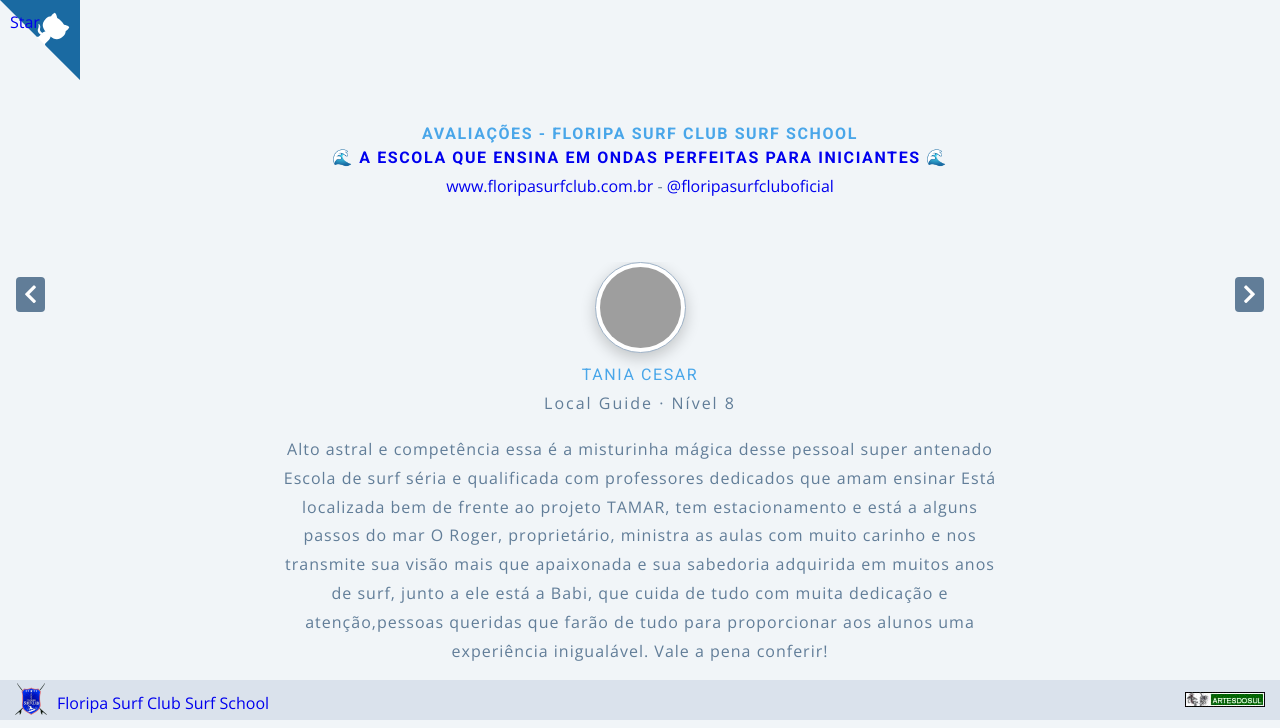
Repository: araguaci/floripasurfclub-reviews
Page: index.html
These files come from the project's save history. The page is drawn as it stood at one moment and after the next save; the edit follows.
The browser window is 1280 px wide. The pictures show the whole page.
Pictures or frames that could not be fetched are drawn as grey boxes. Some web libraries are served in a nearby version.

Above is the page before, as saved 2024-07-20 13:04:33.

### index.html
<!DOCTYPE html>
<html lang="en">
  <head>
    <meta charset="UTF-8" />
    <meta name="viewport" content="width=device-width, initial-scale=1.0" />
    <title>Avaliações - Floripa Surf Club Surf School</title>
    <meta name="viewport"
      content="Floripa Surf Club Surf School
      🌊 a escola que ensina a surfar na praia com ondas perfeitas para
      iniciantes 🌊
      🌊 Surf School and Trips 🏄‍♀️🏄
      🌊 Free Surf 🌎 Barra da Lagoa 🌊
      🌊 Em frente ao Projeto Tamar 🌊
      Santa Catarina - Brasil" />
    <meta name="description"
      content="Floripa Surf Club Surf School
      🌊 a escola que ensina a surfar na praia com ondas perfeitas para
      iniciantes 🌊
      🌊 Surf School and Trips 🏄‍♀️🏄
      🌊 Free Surf 🌎 Barra da Lagoa 🌊
      🌊 Em frente ao Projeto Tamar 🌊
      Santa Catarina - Brasil" />
    <link rel="shortcut icon" type="image/x-icon" href="./favicon.ico" />
    <!-- font-awesome -->
    <link
      rel="stylesheet"
      href="https://cdnjs.cloudflare.com/ajax/libs/font-awesome/5.14.0/css/all.min.css"
      />

    <!-- stylesheet -->
    <link rel="stylesheet" href="styles.css" />
  </head>
  <body>
    <!-- Place this tag where you want the button to render. -->
    <div class="github">
      <a class="github-button" href="https://github.com/araguaci/floripasurfclub-reviews" data-color-scheme="no-preference: light; light: light; dark: light;" data-icon="octicon-star" data-size="large" data-show-count="true" aria-label="Star araguaci/floripasurfclub-reviews on GitHub">Star</a>
    </div>
    <!-- Place this tag where you want the button to render. -->
    <a href="https://github.com/araguaci/floripasurfclub-reviews" target="_blank" class="github-corner" aria-label="View source on Github"><svg viewBox="0 0 250 250" aria-hidden="true"><path d="M0,0 L115,115 L130,115 L142,142 L250,250 L250,0 Z"></path><path d="M128.3,109.0 C113.8,99.7 119.0,89.6 119.0,89.6 C122.0,82.7 120.5,78.6 120.5,78.6 C119.2,72.0 123.4,76.3 123.4,76.3 C127.3,80.9 125.5,87.3 125.5,87.3 C122.9,97.6 130.6,101.9 134.4,103.2" fill="currentColor" style="transform-origin: 130px 106px;" class="octo-arm"></path><path d="M115.0,115.0 C114.9,115.1 118.7,116.5 119.8,115.4 L133.7,101.6 C136.9,99.2 139.9,98.4 142.2,98.6 C133.8,88.0 127.5,74.4 143.8,58.0 C148.5,53.4 154.0,51.2 159.7,51.0 C160.3,49.4 163.2,43.6 171.4,40.1 C171.4,40.1 176.1,42.5 178.8,56.2 C183.1,58.6 187.2,61.8 190.9,65.4 C194.5,69.0 197.7,73.2 200.1,77.6 C213.8,80.2 216.3,84.9 216.3,84.9 C212.7,93.1 206.9,96.0 205.4,96.6 C205.1,102.4 203.0,107.8 198.3,112.5 C181.9,128.9 168.3,122.5 157.7,114.1 C157.9,116.9 156.7,120.9 152.7,124.9 L141.0,136.5 C139.8,137.7 141.6,141.9 141.8,141.8 Z" fill="currentColor" class="octo-body"></path></svg></a>
    <section class="slider">
      <div class="reviews">
        <h4>Avaliações - Floripa Surf Club Surf School</h4>
        <h4><a href="http://floripasurfclub.com/">🌊 A escola que ensina
            em ondas perfeitas para iniciantes 🌊</a></h4>
        <p><a href="http://floripasurfclub.com/" title="Website Floripa
            Surf Club Surf School">www.floripasurfclub.com.br</a> - <a
            href="https://www.instagram.com/floripasurfcluboficial/"
            title="Instagram">@floripasurfcluboficial</a></p>
      </div>
      <div class="slide-container">
        <!-- <article class="slide">
          <img
            src="https://res.cloudinary.com/diqqf3eq2/image/upload/c_scale,w_200/v1595959121/person-1_aufeoq.jpg"
            class="img"
            alt="peter doe"
          />
          <h4>peter doe</h4>
          <p class="title">product designer</p>
          <p class="text">
            Lorem ipsum dolor sit amet consectetur adipisicing elit. Quidem quo
            eius recusandae officia voluptas sint deserunt dicta nihil nam
            omnis?
          </p>
          <div class="quote-icon">
            <i class="fas fa-quote-right"></i>
          </div>
        </article> -->
      </div>
      <!-- buttons -->
      <!-- prev btn -->
      <button class="btn prev-btn">
        <i class="fas fa-chevron-left"></i>
      </button>
      <!-- next button -->
      <button class="btn next-btn">
        <i class="fas fa-chevron-right"></i>
      </button>
    </section>
    <div class="footer">
      <span style="float: left; margin-left: 15px; margin-bottom: 23px;"><a
          href="http://www.floripasurfclub.com/" title="Floripa Surf Club
          Surf School – a escola que ensina a surfar na praia com ondas
          perfeitas para iniciantes"><img src="./floripasurfclub.png" width="32"
            height="32" alt="" style="vertical-align: bottom; margin-right:
            10px;" />Floripa Surf Club Surf School</a></span>
      <span style="float: right; ; margin-right: 15px; vertical-align: bottom;
        margin-bottom: 23px;"><a href="http://www.artesdosul.com" title="Design
          & Hosted by Artes so Sul" style="vertical-align: bottom;"><img
            src="./artesdosul.jpg" style="vertical-align: bottom;"></a></span>
    </div>
    <script type="module" src="app.js"></script>
  </body>
  <!-- Place this tag in your head or just before your close body tag. -->
  <script async defer src="https://buttons.github.io/buttons.js"></script>
</html>

### styles.css
/*
===============
Fonts
===============
*/
@import url("https://fonts.googleapis.com/css?family=Open+Sans|Roboto:400,700&display=swap");

/*
===============
Variables
===============
*/

:root {
  /* dark shades of primary color*/
  --clr-primary-1: hsl(205, 86%, 17%);
  --clr-primary-2: hsl(205, 77%, 27%);
  --clr-primary-3: hsl(205, 72%, 37%);
  --clr-primary-4: hsl(205, 63%, 48%);
  /* primary/main color */
  --clr-primary-5: hsl(205, 78%, 60%);
  /* lighter shades of primary color */
  --clr-primary-6: hsl(205, 89%, 70%);
  --clr-primary-7: hsl(205, 90%, 76%);
  --clr-primary-8: hsl(205, 86%, 81%);
  --clr-primary-9: hsl(205, 90%, 88%);
  --clr-primary-10: hsl(205, 100%, 96%);
  /* darkest grey - used for headings */
  --clr-grey-1: hsl(209, 61%, 16%);
  --clr-grey-2: hsl(211, 39%, 23%);
  --clr-grey-3: hsl(209, 34%, 30%);
  --clr-grey-4: hsl(209, 28%, 39%);
  /* grey used for paragraphs */
  --clr-grey-5: hsl(210, 22%, 49%);
  --clr-grey-6: hsl(209, 23%, 60%);
  --clr-grey-7: hsl(211, 27%, 70%);
  --clr-grey-8: hsl(210, 31%, 80%);
  --clr-grey-9: hsl(212, 33%, 89%);
  --clr-grey-10: hsl(210, 36%, 96%);
  --clr-white: #fff;
  --clr-red-dark: hsl(360, 67%, 44%);
  --clr-red-light: hsl(360, 71%, 66%);
  --clr-green-dark: hsl(125, 67%, 44%);
  --clr-green-light: hsl(125, 71%, 66%);
  --clr-black: #222;
  --ff-primary: "Roboto", sans-serif;
  --ff-secondary: "Open Sans", sans-serif;
  --transition: all 0.3s linear;
  --spacing: 0.1rem;
  --radius: 0.25rem;
  --light-shadow: 0 5px 15px rgba(0, 0, 0, 0.1);
  --dark-shadow: 0 5px 15px rgba(0, 0, 0, 0.2);
  --max-width: 1170px;
  --fixed-width: 620px;
}
/*
===============
Global Styles
===============
*/

*,
::after,
::before {
  margin: 0;
  padding: 0;
  box-sizing: border-box;
}
body {
  font-family: var(--ff-secondary);
  background: var(--clr-grey-10);
  color: var(--clr-grey-1);
  line-height: 1.5;
  font-size: 0.875rem;
}
ul {
  list-style-type: none;
}
a {
  text-decoration: none;
}
h1,
h2,
h3,
h4 {
  letter-spacing: var(--spacing);
  text-transform: capitalize;
  line-height: 1.25;
  margin-bottom: 0.75rem;
  font-family: var(--ff-primary);
}
h1 {
  font-size: 3rem;
}
h2 {
  font-size: 2rem;
}
h3 {
  font-size: 1.25rem;
}
h4 {
  font-size: 1rem;
  font-weight: bold;
}
p {
  margin-bottom: 1.25rem;
  color: var(--clr-grey-5);
}
@media screen and (min-width: 800px) {
  h1 {
    font-size: 4rem;
  }
  h2 {
    font-size: 2.5rem;
  }
  h3 {
    font-size: 1.75rem;
  }
  h4 {
    font-size: 1rem;
    font-weight: bold;
  }
  body {
    font-size: 1rem;
  }
  h1,
  h2,
  h3,
  h4 {
    line-height: 1;
  }
}

.section-center {
  width: 90vw;
  margin: 0 auto;
  max-width: 1170px;
}
@media screen and (min-width: 992px) {
  .section-center {
    width: 95vw;
  }
}
main {
  min-height: 98vh;
  display: grid;
  place-items: center;
}

/*
===============
Slider Styles
===============
*/
section {
  width: 85vw;
  margin: 0 auto;
  margin-top: 1.0rem;
  text-align: center;
  padding: 1rem 0;
  /* set relative for buttons */
  position: relative;
}
.reviews {
  margin-bottom: 4rem;
}
.reviews h2, .reviews h4 {
  display: flex;
  align-items: center;
  justify-content: center;
}
.reviews h4 {
  font-weight: bold;
}
.reviews span {
  font-size: 0.85em;
  color: var(--clr-primary-5);
  margin-right: 1rem;
}
.img {
  width: 91px;
  height: 91px;
  object-fit: cover;
  border: 1px solid var(--clr-grey-7);
  background: var(--clr-white);
  padding: 0.25rem;
  border-radius: 50%;
  box-shadow: var(--dark-shadow);
}
h4 {
  text-transform: uppercase;
  font-weight: 500;
  color: var(--clr-primary-5);
  letter-spacing: var(--spacing);
  margin: 0.5rem 0;
}
.title {
  margin-bottom: 1.25rem;
  letter-spacing: 2px;
  text-transform: capitalize;
}
.text {
  color: var(--clr-grey-5);
  line-height: 1.8;
  max-width: 45em;
  margin: 0 auto;
  letter-spacing: 1px;
}

.icon:hover {
  transform: scale(1.1);
  opacity: 0.8;
}
.quote-icon {
  font-size: 3rem;
  margin-top: 2rem;
  color: var(--clr-primary-5);
}
/* set buttons */
.btn {
  position: absolute;
  top: 175px;
  background: var(--clr-grey-5);
  color: var(--clr-white);
  padding: 0.25rem 0.35rem;
  border-radius: 0.25rem;
  border: transparent;
  cursor: pointer;
}
.next-btn {
  right: -0.5rem;
}
.prev-btn {
  left: -0.5rem;
}
@media screen and (min-width: 768px) {
  .next-btn {
    right: -5rem;
  }
  .prev-btn {
    left: -5rem;
  }
  .btn {
    font-size: 1.3rem;
    padding: 0.35rem 0.5rem;
  }
  .quote-icon {
    font-size: 4rem;
  }
}

/* MORE CSS FOR JS */

.slide-container {
  display: flex;
  position: relative;
  height: 450px;
  overflow: hidden;
}

.slide {
  position: absolute;
  top: 0;
  left: 0;
  width: 100%;
  height: 90%;
  transition: all 0.3s ease-in-out;
  opacity: 0;
}
.slide.active {
  opacity: 1;
  transform: translateX(0);
}
.slide.next {
  transform: translateX(100%);
}
.slide.last {
  transform: translateX(-100%);
}
.footer {
  position: fixed;
  bottom: 0;
  height: 40px;
  padding: 3px 0px;
  width: 100%;
  background-color: hsl(212, 33%, 89%);
}
.github {
  position: fixed;
  top: 10px;
  left: 10px;
}

.github-corner svg {
  color: #fff;
  fill: var(--accent);
  height: 70px;
  width: 70px;
}

.github-corner svg {
  color: #fff;
  fill: hsl(205, 72%, 37%);
  fill: var(--theme-color, hsl(205, 72%, 37%););
  height: 80px;
  width: 80px;
}

### app.js
import data from "./data.js";
const container = document.querySelector(".slide-container");
const nextBtn = document.querySelector(".next-btn");
const prevBtn = document.querySelector(".prev-btn");
// if length is 1 hide buttons
if (data.length === 1) {
  nextBtn.style.display = "none";
  prevBtn.style.display = "none";
}
// if length is 2, add copies of slides
let people = [...data];
if (data.length === 2) {
  people = [...data, ...data];
}
container.innerHTML = people
  .map((person, slideIndex) => {
    const { img, name, job, text } = person;
    let position = "next";
    if (slideIndex === 0) {
      position = "active";
    }
    if (slideIndex === people.length - 1) {
      position = "last";
    }
    if (data.length <= 1) {
      position = "active";
    }
    return `<article class="slide ${position}">
  <img src=${img} class="img" alt="${name}"/>
  <h4>${name}</h4>
  <p class="title">${job}</p>
  <p class="text">
   ${text}
  </p>
  <br/><p>Fonte: <a href="https://www.google.com/maps/place/Floripa+Surf+Club+Surf+School/@-27.5722772,-48.4276483,3a,75y/data=!3m7!1e2!3m5!1sAF1QipNeZv-e5wVZk1upf5xb2Mxlu2Z3TG-rbVS8ihxQ!2e10!6shttps:%2F%2Flh5.googleusercontent.com%2Fp%2FAF1QipNeZv-e5wVZk1upf5xb2Mxlu2Z3TG-rbVS8ihxQ%3Dw150-h150-k-no-p!7i720!8i720!4m11!1m2!2m1!1sfloripa+surfclub!3m7!1s0x95273f5658129455:0xe63707f3e5b0a90b!8m2!3d-27.5722772!4d-48.4276483!9m1!1b1!15sChBmbG9yaXBhIHN1cmZjbHVikgENc3BvcnRzX3NjaG9vbA">Google Maps</a></p>
 </article>`;
  })
  .join("");

const startSlider = (type) => {
  // get all three slides active,last next
  const active = document.querySelector(".active");
  const last = document.querySelector(".last");
  let next = active.nextElementSibling;
  if (!next) {
    next = container.firstElementChild;
  }
  active.classList.remove(["active"]);
  last.classList.remove(["last"]);
  next.classList.remove(["next"]);

  if (type === "prev") {
    active.classList.add("next");
    last.classList.add("active");
    next = last.previousElementSibling;
    if (!next) {
      next = container.lastElementChild;
    }
    next.classList.remove(["next"]);
    next.classList.add("last");
    return;
  }
  active.classList.add("last");
  last.classList.add("next");
  next.classList.add("active");
};
nextBtn.addEventListener("click", () => {
  startSlider();
});
prevBtn.addEventListener("click", () => {
  startSlider("prev");
});

### data.js
const people = [
  {
    img:
      "https://lh3.googleusercontent.com/a-/AOh14Giu0kiWyS2TqMwVEJ1al1_fpSVvwjTqir82_8H4-A=w60-h60-p-rp-mo-ba6-br100",
    name: "Tania Cesar",
    job: "Local Guide · Nível 8",
    text: `Alto astral e competência essa é a misturinha mágica desse pessoal super antenado
    Escola de surf séria e qualificada com professores dedicados que amam ensinar
    Está localizada bem de frente ao projeto TAMAR, tem estacionamento e está a alguns passos do mar
    O Roger, proprietário, ministra as aulas com muito carinho e nos transmite sua visão mais que apaixonada e sua sabedoria adquirida em muitos anos de surf, junto a ele está a Babi, que cuida de tudo com muita dedicação e atenção,pessoas queridas que farão de tudo para proporcionar aos alunos uma experiência inigualável.
    Vale a pena conferir!`,
  },
  {
    img:
      "https://lh3.googleusercontent.com/a-/AOh14GiYjYRznwekXx5B-5pkouNsyKt9njs5WctHDGFmWQI=w60-h60-p-rp-mo-br100",
    name: "Cesar Lopes",
    job: "Local Guide · Nível 2",
    text: `A aula é excelente, tudo em volta favorece, local, professor e material. Recomendo bastante`,
  },
  {
    img:
      "https://lh3.googleusercontent.com/a-/AOh14GgDzGFLzrlMZXo79mGsCE17A-hisYfwxj4CTLlsgg=w60-h60-p-rp-mo-ba4-br100",
    name: "Jaqueline Muniz",
    job: "Local Guide · Nível 6",
    text: `Manhã sensacional de surf graças ao Roger e a equipe do Floripa Surf Club! Fomos super bem acolhidos e instruídos. Os equipamentos são novíssimos e de ótima qualidade! Valeu demais!!`,
  },
  {
    img:
      "https://lh3.googleusercontent.com/a-/AOh14Gh6XkPmODM_cSEtolbGRLu3ikdT2PHd3dcjLbnArw=w60-h60-p-rp-mo-ba5-br100",
    name: "M. M. Leal",
    job: "Local Guide · Nível 7",
    text: `Essa escola é simplesmente incrível!!  A cada aula me sinto mais segura e mais confortável mas ondas, logo no primeiro dia já consegui ficar em pé na prancha! Eles tem vários tamanhos de prancha disponíveis e todo o material necessário. As aulas são profissionais e tudo com muito respeito, paciência e didática você se diverte, aprende e se conecta com a natureza e as ondas. Altamente recomendado!!`,
  },
  {
    img:
      "https://lh3.googleusercontent.com/a-/AOh14Gh8OcfW8UpBhIn2HgTVwjr2IgwT1A-fHR8t4rLNXQ=w60-h60-p-rp-mo-ba5-br100",
    name: "Natan Morette",
    job: "Local Guide · Nível 7",
    text: `Roger foi um excelente professor. Aulas muito boas, auto astral de mais. Aprendi a verdadeira essência do surf e me diverti muito. Além de ter evoluído de mais o meu nível de surf`,
  },
  {
    img:
      "https://lh3.googleusercontent.com/a-/AOh14GjHWM6SS1DVT6zLS50jgyPwNiRUPS9-ZbThNKiV5wY=w60-h60-p-rp-mo-br100",
    name: "ISABEL FAGUNDES",
    job: "",
    text: `Simplesmente Maravilhoso! Profs atenciosos e de ótima comunicação! Realmente amam o surf!  Minha filha fez a aula e super amou! Realização! Obrigada e parabéns!`,
  },
  {
    img:
      "https://lh3.googleusercontent.com/a/AATXAJxMuxno1G7MPdT0GL03WJO0U0C4l-refb-5gti_=w60-h60-p-rp-mo-br100",
    name: "Vinícius Pavan",
    job: "",
    text: `Entrei para uma escola de surf e ganhei uma família para a prática do esporte. Tudo impecável em cada detalhe e em poucas aulas a evolução foi muito grande.
    A equipe é incrível, especialmente o Roger que nos pegou pela mão e ensinou cada detalhe não apenas técnico como comportamental, ético moral do surf. Só tenho a agradecer!!`,
  },
  {
    img:
      "https://lh3.googleusercontent.com/a-/AOh14Gjdgf3fnxikdAAKotnWX4N-AfRUTeGsV2paQeAbHg=w60-h60-p-rp-mo-br100",
    name: "Leonardo",
    job: "",
    text: `Aulas muito boas e excelentes profissionais. Todos estão de parabéns pelo trabalho e pela energia dentro e fora da água. Valeu, galera!`,
  },
  {
    img:
      "https://lh3.googleusercontent.com/a-/AOh14GgYC2TEO3bykkbIRnAGhidciWzA_bbK2IwqC7jv-Q=w60-h60-p-rp-mo-br100",
    name: "Vinicius Paulino",
    job: "",
    text: `Além dos equipamentos de qualidade os ensinamentos praticos, teoricos e a vibe dos professores garetem o surf na sua essência com seguranca evolucao e diversão garantida...`,
  },
  {
    img:
      "https://lh3.googleusercontent.com/a-/AOh14GgBeeZeJouQSUSck3TaOql5MmivzKjsEiM6b6gBKw=w60-h60-p-rp-mo-br100",
    name: "Lafayette Baesso",
    job: "",
    text: `Sem palavras. Tive aula com o Roger e ele é um professor excepcional. Se você está em dúvida, confia. Eu recomendaria até para a minha vó hahaha`,
  },
  {
    img:
      "https://lh3.googleusercontent.com/a-/AOh14GgIEiEbekl7n1jcIFaYW8tIN4aDMkPyKZjRgtdEeA=w60-h60-p-rp-mo-br100",
    name: "Céu do Momento - Astrologia no seu dia a dia",
    job: "",
    text: `É o Guilherme aqui! Nossa senhora as aulas do Floripa Surf Club são SENSACIONAIS! Cheguei a pouco tempo em Floripa e fui super bem recibido pelos professores... Roger e Leo obrigado pelo alto astral e por cada aula incrível... Surf está se tornando minha paixão!! Gratidão imensa!!`,
  },
  {
    img:
      "https://lh3.googleusercontent.com/a-/AOh14GjyLIO18HSIUwV_6_YzdPu2li3c8bXKtV5DYDLQWA=w60-h60-p-rp-mo-br100",
    name: "Guilherme Sperandio",
    job: "",
    text: `Super recomendo as aulas do Roger e do Léo. Eles focam nos detalhes que cada iniciante precisa e a energia da aula é fantástica. Podem confiar que vale muito a pena. Gratidão, Roger e turma.`,
  },
  {
    img:
      "https://lh3.googleusercontent.com/a-/AOh14GgIvz6sGDumpCZobrTJK8TXte5bTZ2y8ftCMyXzxA=w60-h60-p-rp-mo-br100",
    name: "Ligia Salermo",
    job: "",
    text: `Professor ótimo, pessoal super gentil e simpático, fui bem atendida, lugar para trocar para mulheres bem reservado, me emprestaram cadeira de praia, tudo isso extra à aula de surf que foi excelente! Indico com certeza`,
  }
];

export default people;

After the next save:
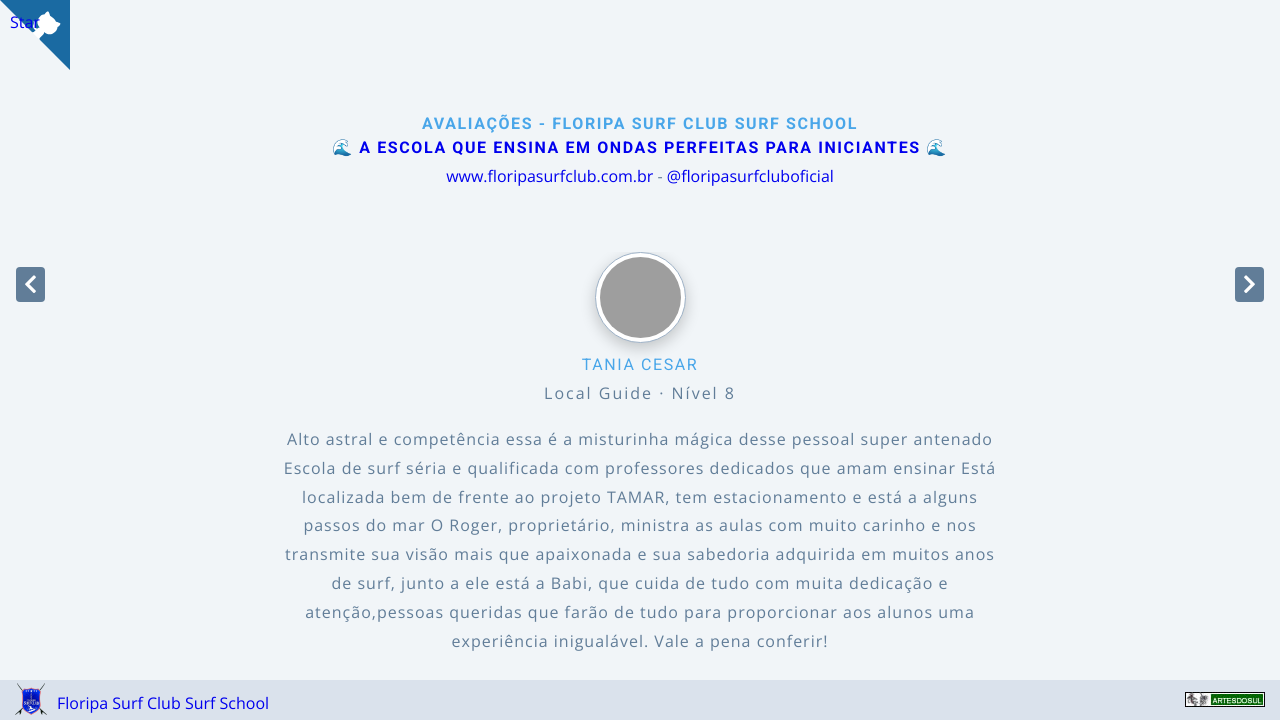
Saved 5 s later.
--- a/styles.css
+++ b/styles.css
@@ -301,7 +301,7 @@
 .github-corner svg {
   color: #fff;
   fill: hsl(205, 72%, 37%);
-  fill: var(--theme-color, hsl(205, 72%, 37%););
+  fill: var(--theme-color, hsl(205, 72%, 37%);
   height: 80px;
   width: 80px;
 }
